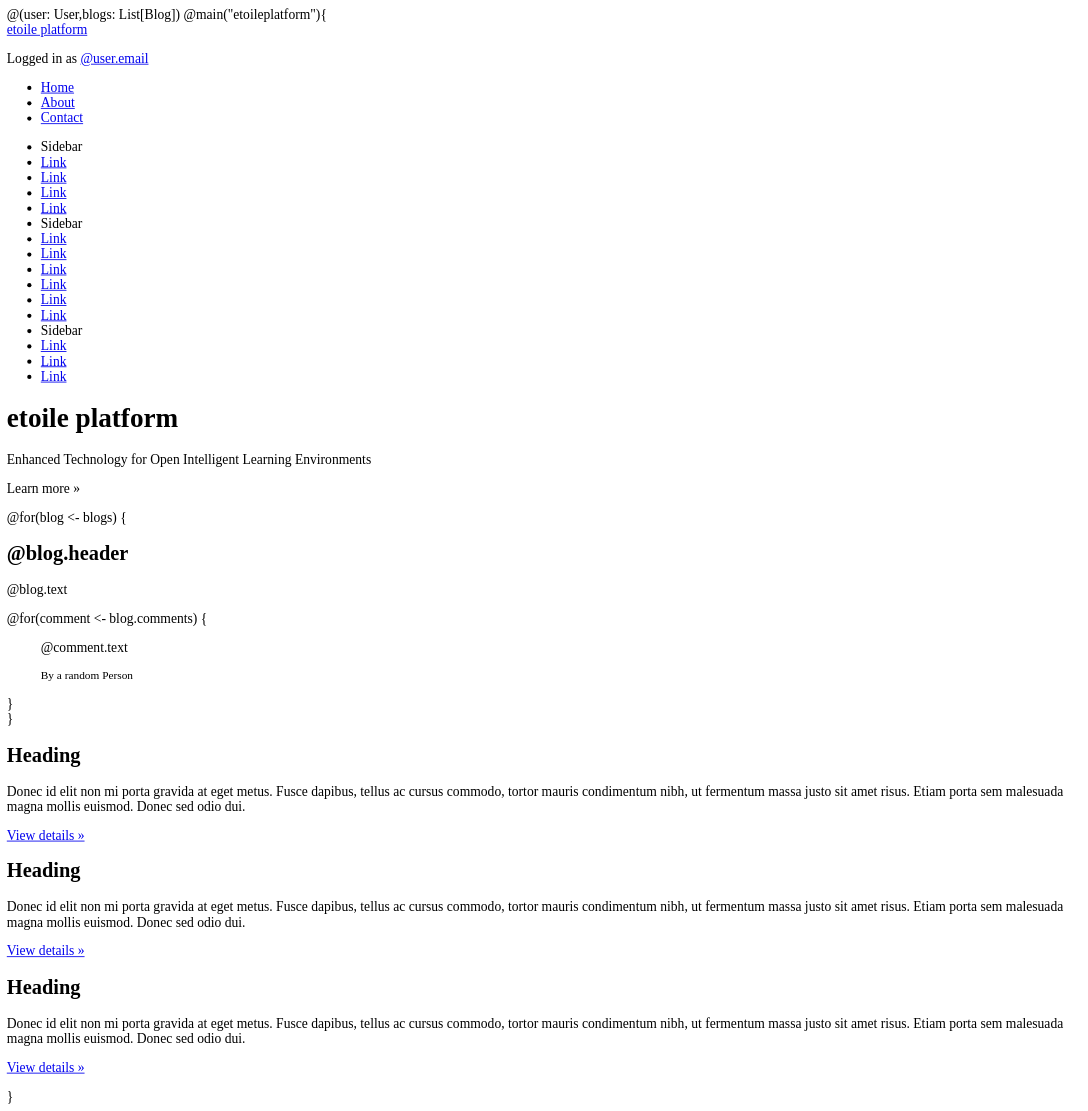
Repository: lopesdasilva/etoile
Page: etoile-play/.target/views/home.scala.html
These files come from the project's save history. The page is drawn as it stood at one moment and after the next save; the edit follows.
The browser window is 1280 px wide. The pictures show the whole page, at 85% of full size.

Above is the page before, as saved 2012-10-23 14:25:59.

After the next save:
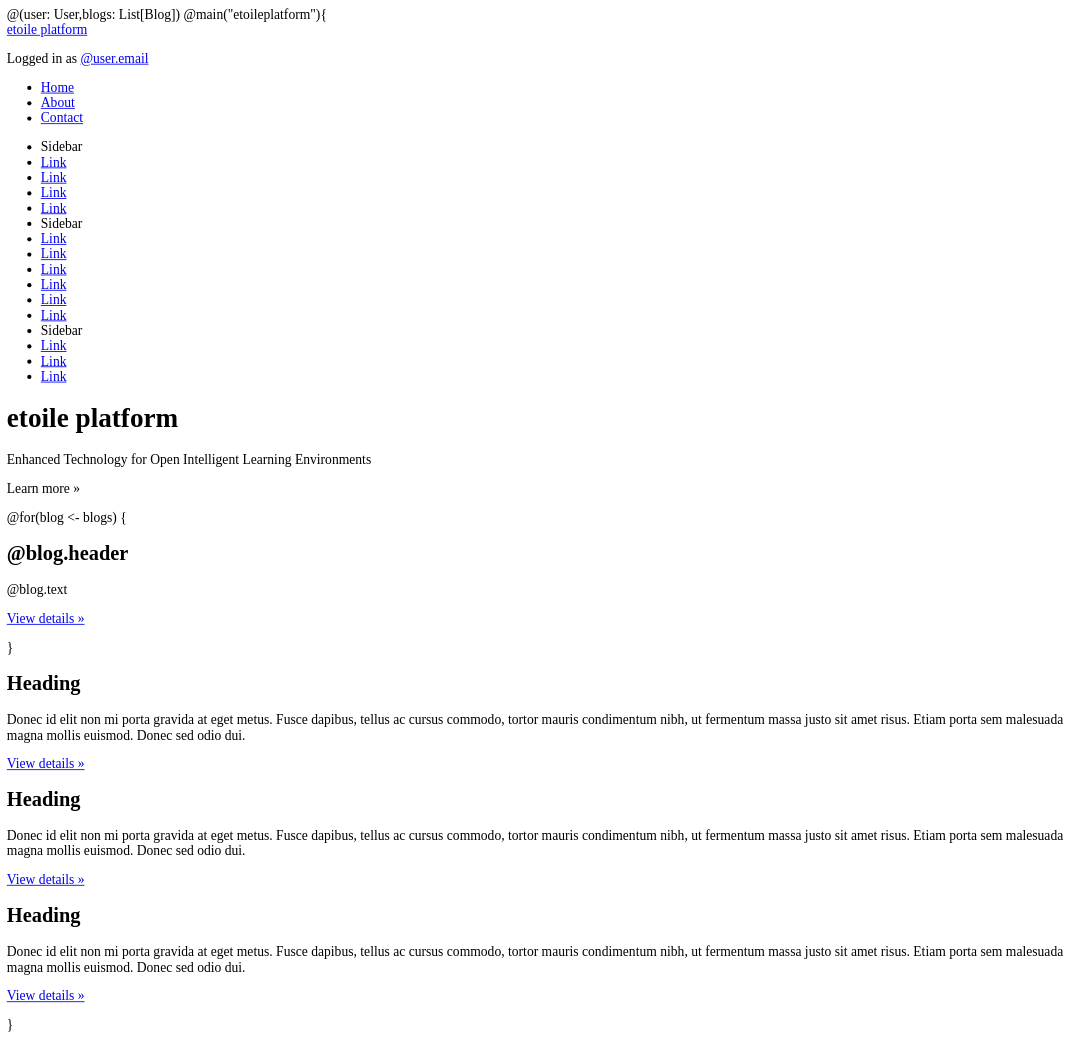
Saved 106 s later.
--- a/etoile-play/.target/views/home.scala.html
+++ b/etoile-play/.target/views/home.scala.html
@@ -60,12 +60,7 @@
 	<div class="span4">
 		<h2>@blog.header</h2>
 		<p>@blog.text</p>
-		@for(comment <- blog.comments) {
-		<blockquote>
-			<p>@comment.text</p>
-			<small>By a random Person</small>
-		</blockquote>
-		}
+		<p><a class="btn" href="#">View details &raquo;</a></p>
 	</div>
 	}
           </div><!--/row-->
